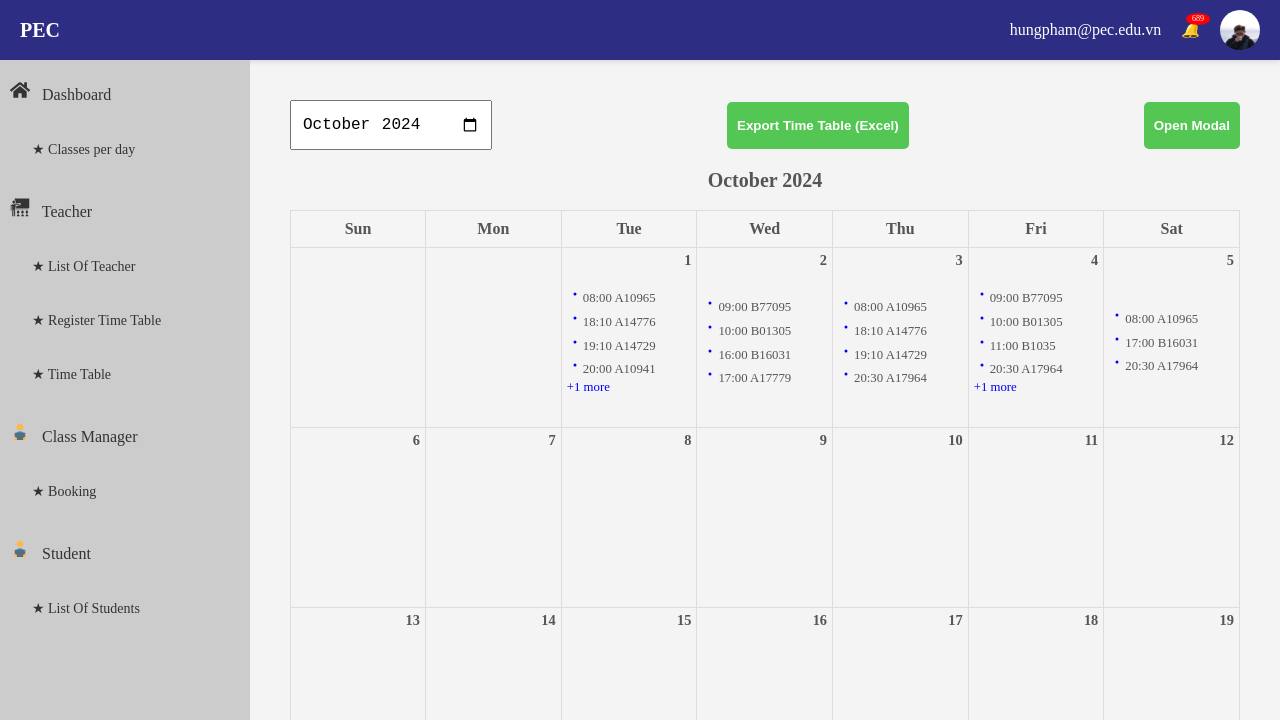
Repository: BitDanceLabels/Bumblebee_BDG
Page: /teacher-timetable
The author's editor kept a copy of each file at every save. The page is drawn from the files as they stood at one save, then again after the next save.
The browser window is 1280 px wide. The pictures show the whole page.
An inner scrolling area shows only its first screen. The project was rebuilt for these pictures with package versions that can differ from the ones it lists, and the page was loaded fresh each time. Also part of the build but not shown: vite.config.js, src/components/Dashboard/ScheduleComponent.jsx, src/components/Management/Booking.jsx, src/components/modal/CreateStudentModal.jsx, src/components/Student/ListOfStudent.jsx, src/components/modal/CreateTeacherModal.jsx, src/components/Teacher/TeacherTable.jsx, src/components/Teacher/ListOfTeacher.jsx and 9 more. Imported but missing from the stored project, and not drawn on this page: src/components/modal/DeactiveStudentModal.

Above is the page before, as saved 2024-10-07 10:05:21.

After the next save:
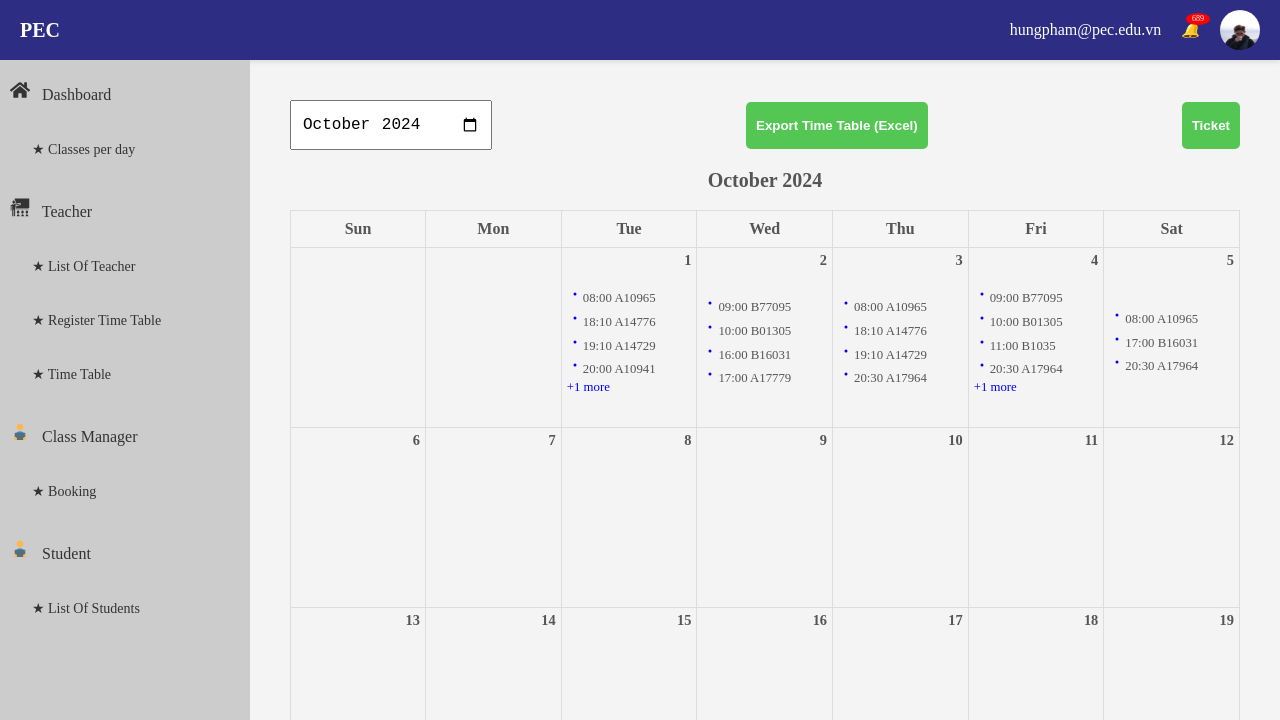
Saved 20 s later.
--- a/src/components/Teacher/TeacherTimeTable.jsx
+++ b/src/components/Teacher/TeacherTimeTable.jsx
@@ -313,7 +313,7 @@ const TeacherTimeTable = () => {
           />
         </div>
         <Button>Export Time Table (Excel)</Button>
-        <Button onClick={openFullModal}>Open Modal</Button> {/* Nút mở modal */}
+        <Button onClick={openFullModal}>Ticket</Button> {/* Nút mở modal */}
       </Header>
       <Month>
         {selectedDate.toLocaleString('default', { month: 'long' })}{' '}
